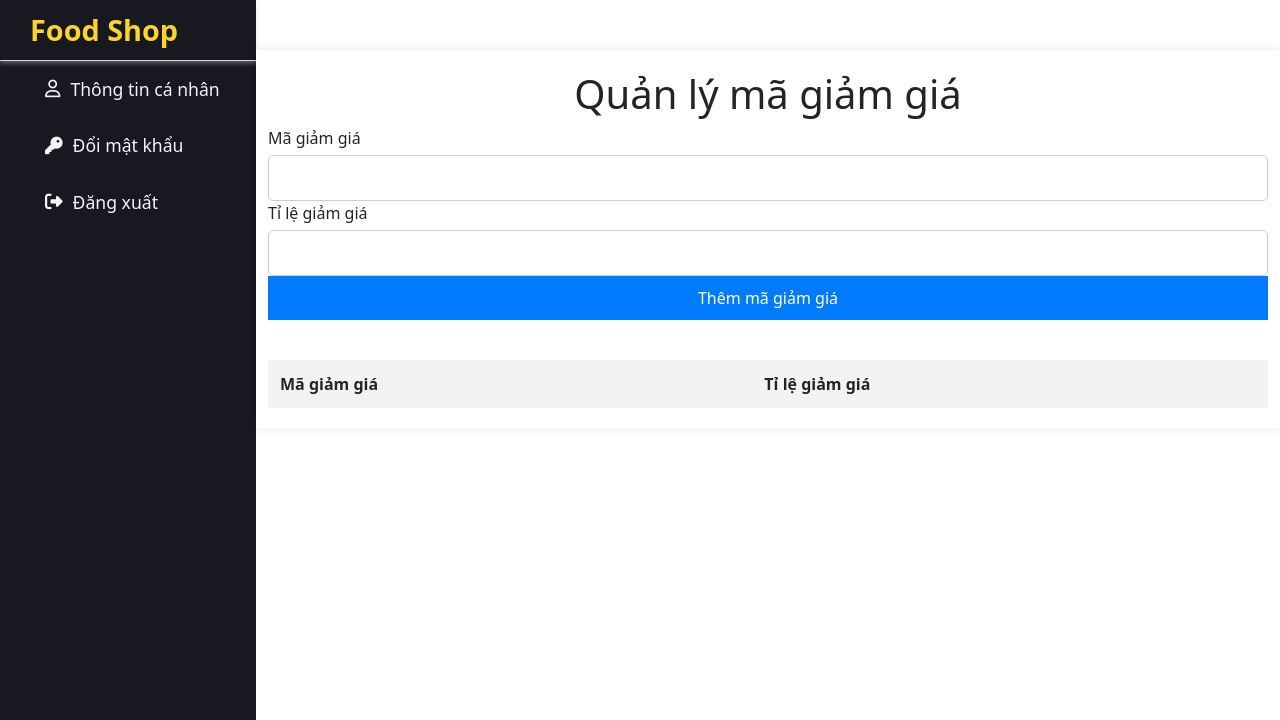
Repository: TuanAnhNguyen723/Restaurant-Projects
Page: http://localhost/discount/discount.php
An editor plug-in stored every save of this project. The page is shown before and after the next save, followed by the edit.
The browser window is 1280 px wide. The pictures show the whole page.
The page is run by PHP 8.4 with error messages shown; the project is at /var/www/html/.

Above is the page before, as saved 2024-06-12 00:57:19.

After the next save:
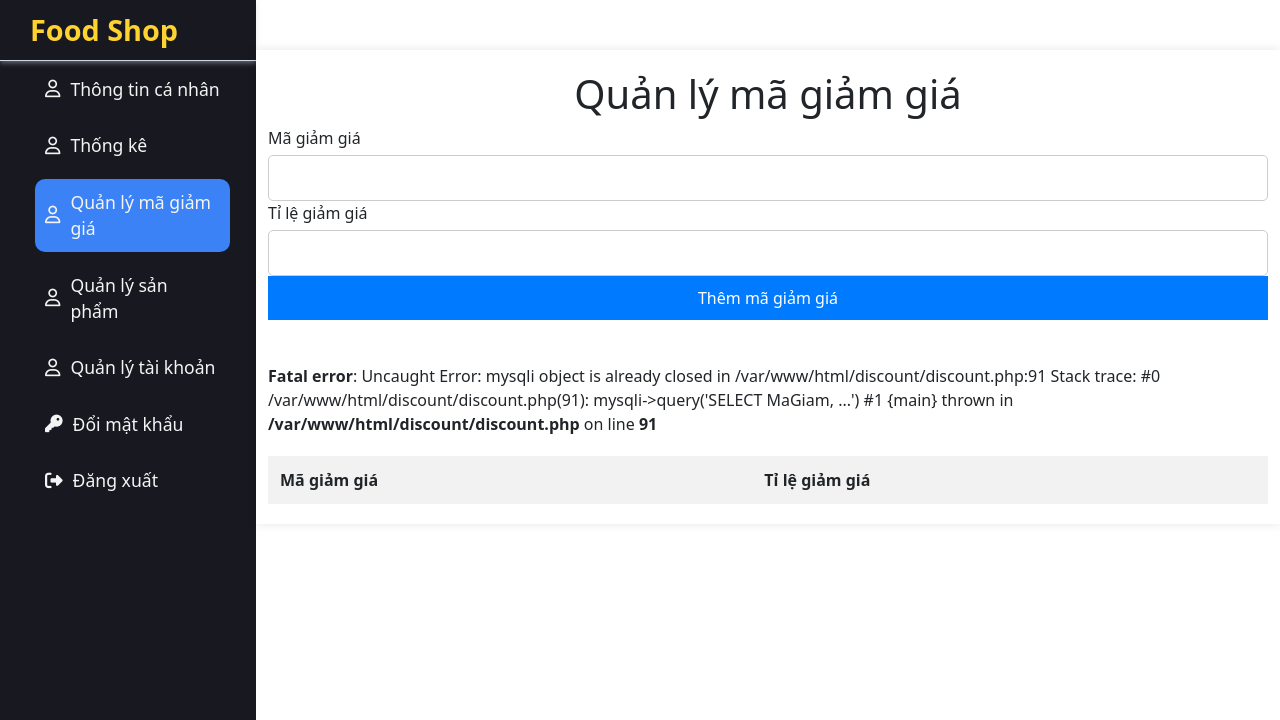
Saved 50 s later.
--- a/discount/discount.php
+++ b/discount/discount.php
@@ -78,15 +78,26 @@
             </form>
         </div>
         <div class="table-container">
-            <table id="couponTable">
+        <table id="couponTable">
                 <thead>
-                    <tr>
-                        <th>Mã giảm giá</th>
-                        <th>Tỉ lệ giảm giá</th>
-                    </tr>
+                <tr>
+                    <th>Mã giảm giá</th>
+                    <th>Tỉ lệ giảm giá</th>
+                </tr>
                 </thead>
                 <tbody>
-                    <!-- Rows will be added here dynamically -->
+                <!-- Rows will be added here dynamically -->
+                <?php
+                $result = $conn->query("SELECT MaGiam, TiLe FROM discount");
+
+                if ($result->num_rows > 0) {
+                    while ($row = $result->fetch_assoc()) {
+                        echo "<tr><td>{$row['MaGiam']}</td><td>{$row['TiLe']}</td></tr>";
+                    }
+                } else {
+                    echo "<tr><td colspan='2'>No discount codes found</td></tr>";
+                }
+                ?>
                 </tbody>
             </table>
         </div>
